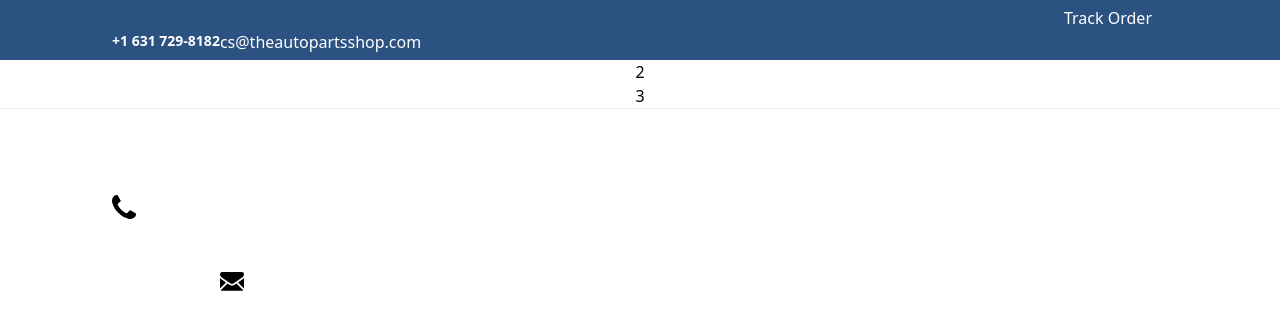
Repository: robindhimanspineor/TAPS-Next
Page: /
An editor plug-in stored every save of this project. The page is shown before and after the next save, followed by the edit.
The browser window is 1280 px wide. The pictures show the whole page.
The project was rebuilt for these pictures with package versions that can differ from the ones it lists, and the page was loaded fresh each time. The framework's server and built-in components were replaced by stand-ins that run in the browser. Also part of the build but not shown: next.config.js.

Above is the page before, as saved 2021-09-16 15:24:49.

### src/pages/index.tsx
// import { useRouter } from 'next/router';

// import { Meta } from '../layout/Meta';
// import { Main } from '../templates/Main';
import Header from '../components/common/header';

const Index = () => {
  // const router = useRouter();

  return (
    // <Main
    //   meta={
    //     <Meta
    //       title="Next.js Boilerplate Presentation"
    //       description="Next js Boilerplate is the perfect starter code for your project. Build your React application with the Next.js framework."
    //     />
    //   }
    // >
    // </Main>
    <div>
      <main className="main-container block">
        <Header />
      </main>
    </div>
  );
};

export default Index;

### src/components/common/header/index.js
import PhoneHandle from '../../../svg/PhoneHandleSvg.js';
import MailBoxSvg from '../../../svg/MailBoxSvg';

const Header = () => {
  return (
    <header className="flex flex-col items-center justify-center w-full static border-b z-50">
      <div className="head-top flex justify-between py-1.5 pr-32 pl-28 bg-blue-800 w-full">
        <div className="w-screen max-w-screen-xl flex justify-between">
          <div className="head-top-left flex text-white font-medium w-9/12">
            <div className="head-top-phone inline-block w-auto text-sm font-semibold">
              <div className="text-white h-6 w-6 flex">
                <PhoneHandle />
              </div>
              +1 631 729-8182
            </div>
            <div className="heap-top email">
              <div className="text-white h-6 w-6 flex">
                <MailBoxSvg />
              </div>
              cs@theautopartsshop.com
            </div>
          </div>
          <div className="head-top-right text-white font-medium">
            Track Order
          </div>
        </div>
      </div>
      <div>2</div>
      <div>3</div>
    </header>
  );
};

export default Header;

### src/svg/PhoneHandleSvg.js
import React from 'react';

const PhoneHandle = () => (
  <svg
    version="1.1"
    xmlns="http://www.w3.org/2000/svg"
    xmlnsXlink="http://www.w3.org/1999/xlink"
    x="0px"
    y="0px"
    width="401.998px"
    height="401.998px"
    viewBox="0 0 401.998 401.998"
    style={{ enableBackground: 'new 0 0 401.998 401.998' }}
    xmlSpace="preserve"
    aria-label="phone handle svg"
  >
    <g>
      <path
        d="M401.129,311.475c-1.137-3.426-8.371-8.473-21.697-15.129c-3.61-2.098-8.754-4.949-15.41-8.566
		c-6.662-3.617-12.709-6.95-18.13-9.996c-5.432-3.045-10.521-5.995-15.276-8.846c-0.76-0.571-3.139-2.234-7.136-5
		c-4.001-2.758-7.375-4.805-10.14-6.14c-2.759-1.327-5.473-1.995-8.138-1.995c-3.806,0-8.56,2.714-14.268,8.135
		c-5.708,5.428-10.944,11.324-15.7,17.706c-4.757,6.379-9.802,12.275-15.126,17.7c-5.332,5.427-9.713,8.138-13.135,8.138
		c-1.718,0-3.86-0.479-6.427-1.424c-2.566-0.951-4.518-1.766-5.858-2.423c-1.328-0.671-3.607-1.999-6.845-4.004
		c-3.244-1.999-5.048-3.094-5.428-3.285c-26.075-14.469-48.438-31.029-67.093-49.676c-18.649-18.658-35.211-41.019-49.676-67.097
		c-0.19-0.381-1.287-2.19-3.284-5.424c-2-3.237-3.333-5.518-3.999-6.854c-0.666-1.331-1.475-3.283-2.425-5.852
		s-1.427-4.709-1.427-6.424c0-3.424,2.713-7.804,8.138-13.134c5.424-5.327,11.326-10.373,17.7-15.128
		c6.379-4.755,12.275-9.991,17.701-15.699c5.424-5.711,8.136-10.467,8.136-14.273c0-2.663-0.666-5.378-1.997-8.137
		c-1.332-2.765-3.378-6.139-6.139-10.138c-2.762-3.997-4.427-6.374-4.999-7.139c-2.852-4.755-5.799-9.846-8.848-15.271
		c-3.049-5.424-6.377-11.47-9.995-18.131c-3.615-6.658-6.468-11.799-8.564-15.415C98.986,9.233,93.943,1.997,90.516,0.859
		C89.183,0.288,87.183,0,84.521,0c-5.142,0-11.85,0.95-20.129,2.856c-8.282,1.903-14.799,3.899-19.558,5.996
		c-9.517,3.995-19.604,15.605-30.264,34.826C4.863,61.566,0.01,79.271,0.01,96.78c0,5.135,0.333,10.131,0.999,14.989
		c0.666,4.853,1.856,10.326,3.571,16.418c1.712,6.09,3.093,10.614,4.137,13.56c1.045,2.948,2.996,8.229,5.852,15.845
		c2.852,7.614,4.567,12.275,5.138,13.988c6.661,18.654,14.56,35.307,23.695,49.964c15.03,24.362,35.541,49.539,61.521,75.521
		c25.981,25.98,51.153,46.49,75.517,61.526c14.655,9.134,31.314,17.032,49.965,23.698c1.714,0.568,6.375,2.279,13.986,5.141
		c7.614,2.854,12.897,4.805,15.845,5.852c2.949,1.048,7.474,2.43,13.559,4.145c6.098,1.715,11.566,2.905,16.419,3.576
		c4.856,0.657,9.853,0.996,14.989,0.996c17.508,0,35.214-4.856,53.105-14.562c19.219-10.656,30.826-20.745,34.823-30.269
		c2.102-4.754,4.093-11.273,5.996-19.555c1.909-8.278,2.857-14.985,2.857-20.126C401.99,314.814,401.703,312.819,401.129,311.475z"
      />
    </g>
    <g />
    <g />
    <g />
    <g />
    <g />
    <g />
    <g />
    <g />
    <g />
    <g />
    <g />
    <g />
    <g />
    <g />
    <g />
  </svg>
);

export default PhoneHandle;

### src/svg/MailBoxSvg.js
import React from 'react';

const MailBoxSvg = () => (
  <svg
    version="1.1"
    xmlns="http://www.w3.org/2000/svg"
    xmlnsXlink="http://www.w3.org/1999/xlink"
    x="0px"
    y="0px"
    width="550.795px"
    height="550.795px"
    viewBox="0 0 550.795 550.795"
    style={{ enableBackground: 'new 0 0 550.795 550.795' }}
    xmlSpace="preserve"
    aria-label="mail box"
  >
    <g>
      <g>
        <path
          d="M501.613,491.782c12.381,0,23.109-4.088,32.229-12.16L377.793,323.567c-3.744,2.681-7.373,5.288-10.801,7.767
			c-11.678,8.604-21.156,15.318-28.434,20.129c-7.277,4.822-16.959,9.737-29.045,14.755c-12.094,5.024-23.361,7.528-33.813,7.528
			h-0.306h-0.306c-10.453,0-21.72-2.503-33.813-7.528c-12.093-5.018-21.775-9.933-29.045-14.755
			c-7.277-4.811-16.75-11.524-28.434-20.129c-3.256-2.387-6.867-5.006-10.771-7.809L16.946,479.622
			c9.119,8.072,19.854,12.16,32.234,12.16H501.613z"
        />
        <path
          d="M31.047,225.299C19.37,217.514,9.015,208.598,0,198.555V435.98l137.541-137.541
			C110.025,279.229,74.572,254.877,31.047,225.299z"
        />
        <path
          d="M520.059,225.299c-41.865,28.336-77.447,52.73-106.75,73.195l137.486,137.492V198.555
			C541.98,208.396,531.736,217.306,520.059,225.299z"
        />
        <path
          d="M501.613,59.013H49.181c-15.784,0-27.919,5.33-36.42,15.979C4.253,85.646,0.006,98.97,0.006,114.949
			c0,12.907,5.636,26.892,16.903,41.959c11.267,15.061,23.256,26.891,35.961,35.496c6.965,4.921,27.969,19.523,63.012,43.801
			c18.917,13.109,35.368,24.535,49.505,34.395c12.05,8.396,22.442,15.667,31.022,21.701c0.985,0.691,2.534,1.799,4.59,3.269
			c2.215,1.591,5.018,3.61,8.476,6.107c6.659,4.816,12.191,8.709,16.597,11.683c4.4,2.975,9.731,6.298,15.985,9.988
			c6.249,3.685,12.143,6.456,17.675,8.299c5.533,1.842,10.655,2.766,15.367,2.766h0.306h0.306c4.711,0,9.834-0.924,15.368-2.766
			c5.531-1.843,11.42-4.608,17.674-8.299c6.248-3.69,11.572-7.02,15.986-9.988c4.406-2.974,9.938-6.866,16.598-11.683
			c3.451-2.497,6.254-4.517,8.469-6.102c2.057-1.476,3.605-2.577,4.596-3.274c6.684-4.651,17.1-11.892,31.104-21.616
			c25.482-17.705,63.01-43.764,112.742-78.281c14.957-10.447,27.453-23.054,37.496-37.803c10.025-14.749,15.051-30.22,15.051-46.408
			c0-13.525-4.873-25.098-14.598-34.737C526.461,63.829,514.932,59.013,501.613,59.013z"
        />
      </g>
    </g>
    <g />
    <g />
    <g />
    <g />
    <g />
    <g />
    <g />
    <g />
    <g />
    <g />
    <g />
    <g />
    <g />
    <g />
    <g />
  </svg>
);

export default MailBoxSvg;

Loaded but not shown: src/pages/_app.tsx (common file); src/pages/_document.tsx (common file); src/styles/main.css (common file); src/utils/AppConfig.ts (common file); tailwind.config.js (common file)

After the next save:
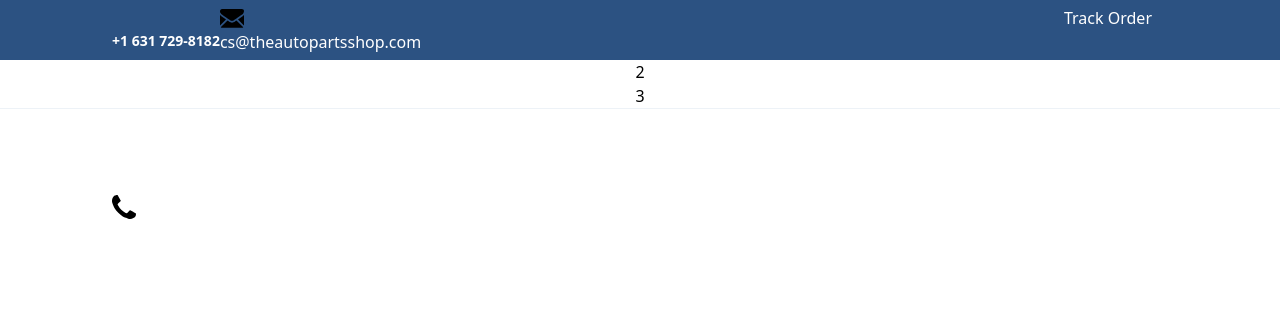
Saved 112 s later.
--- a/src/components/common/header/index.js
+++ b/src/components/common/header/index.js
@@ -14,7 +14,7 @@ const Header = () => {
               +1 631 729-8182
             </div>
             <div className="heap-top email">
-              <div className="text-white h-6 w-6 flex">
+              <div className="text-white h-6 w-6 flex items-center">
                 <MailBoxSvg />
               </div>
               cs@theautopartsshop.com
